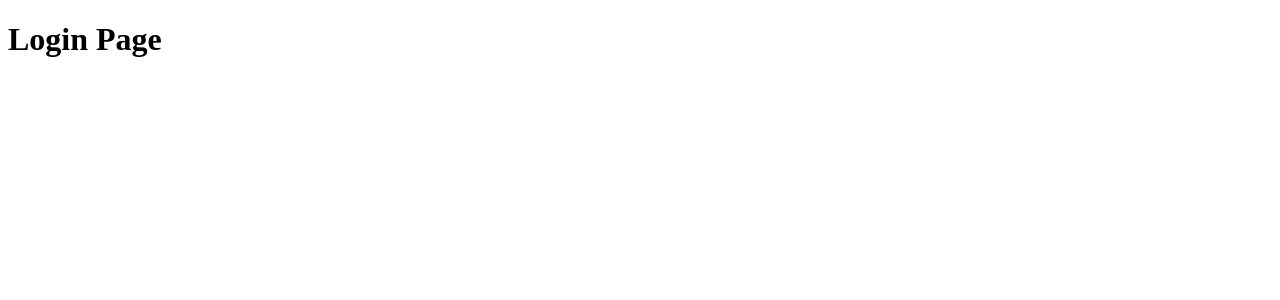
Repository: yangone8249/jsp_project
Page: http://localhost/jsp_project/member/login.jsp
These files come from the project's save history. The page is drawn as it stood at one moment and after a run of saves; the edit follows.
The browser window is 1280 px wide. The pictures show the whole page.
The page is served by Tomcat 9. Other server files are loaded and not shown.

Above is the page before, as saved 2023-05-15 02:10:48.

### jsp_project2/jsp_project/src/main/webapp/member/login.jsp
<%@ page language="java" contentType="text/html; charset=UTF-8"
    pageEncoding="UTF-8"%>
<!DOCTYPE html>
<html>
<head>
<meta charset="UTF-8">
<title>login Page</title>
</head>
<body>
	<h1>Login Page</h1>
	<form action="/mem/login_auth" method="post">

	</form>
</body>
</html>

After the next 2 saves:
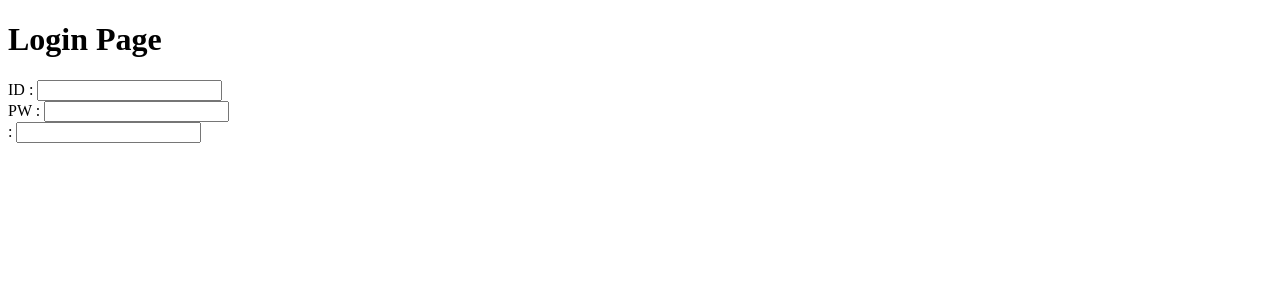
The 2 saves are shown as one change because they came seconds apart.
The last was saved 55 s later.
--- a/jsp_project2/jsp_project/src/main/webapp/member/login.jsp
+++ b/jsp_project2/jsp_project/src/main/webapp/member/login.jsp
@@ -9,7 +9,9 @@
 <body>
 	<h1>Login Page</h1>
 	<form action="/mem/login_auth" method="post">
-
+		ID : <input type="text" name="id"><br>
+		PW : <input type="password" name="pw"><br>
+		 : <input type="text" name="id"><br>
 	</form>
 </body>
 </html>
